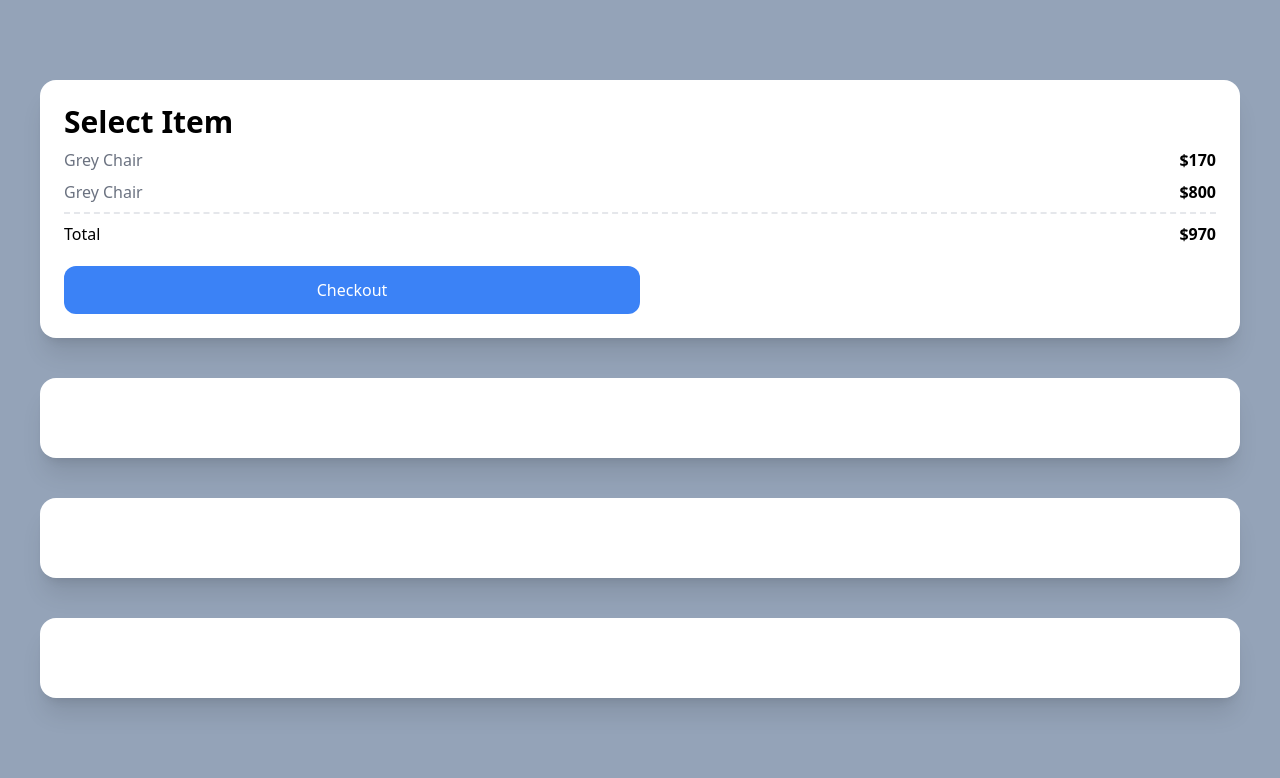
Repository: pjk0007/nextjs-carrot-marcket
Page: /
An editor plug-in stored every save of this project. The page is shown before and after the next save, followed by the edit.
The browser window is 1280 px wide. The pictures show the whole page.
The project was rebuilt for these pictures with package versions that can differ from the ones it lists, and the page was loaded fresh each time. The framework's server and built-in components were replaced by stand-ins that run in the browser. Also part of the build but not shown: next.config.js.

Above is the page before, as saved 2022-04-30 13:03:39.

After the next save:
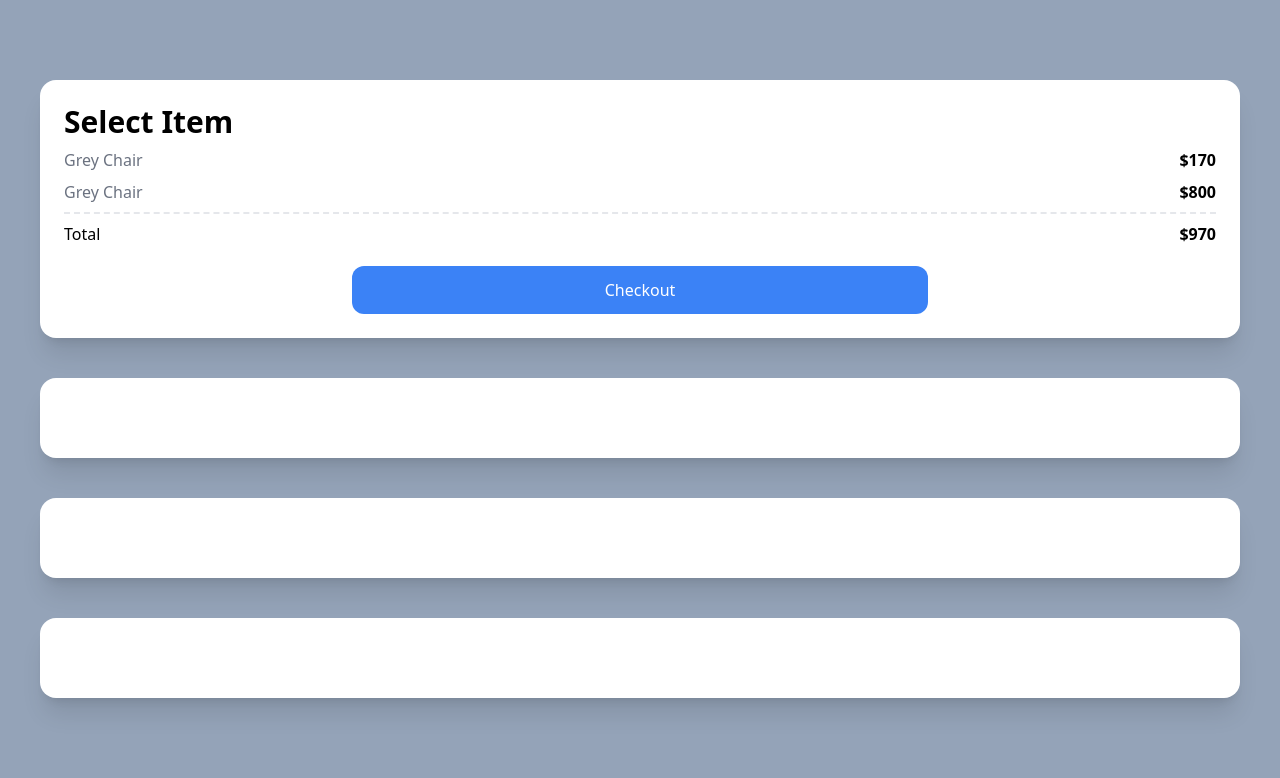
Saved 9 s later.
--- a/pages/index.tsx
+++ b/pages/index.tsx
@@ -16,7 +16,7 @@ const Home: NextPage = () => {
           <span>Total</span>
           <span className='font-semibold'>$970</span>
         </div>
-        <div className='mt-5 bg-blue-500 text-white p-3 text-center rounded-xl w-1/2'>Checkout</div>
+        <div className='mt-5 bg-blue-500 text-white p-3 text-center rounded-xl w-1/2 mx-auto'>Checkout</div>
       </div>
       <div className='bg-white p-10 rounded-2xl shadow-xl'></div>
       <div className='bg-white p-10 rounded-2xl shadow-xl'></div>
